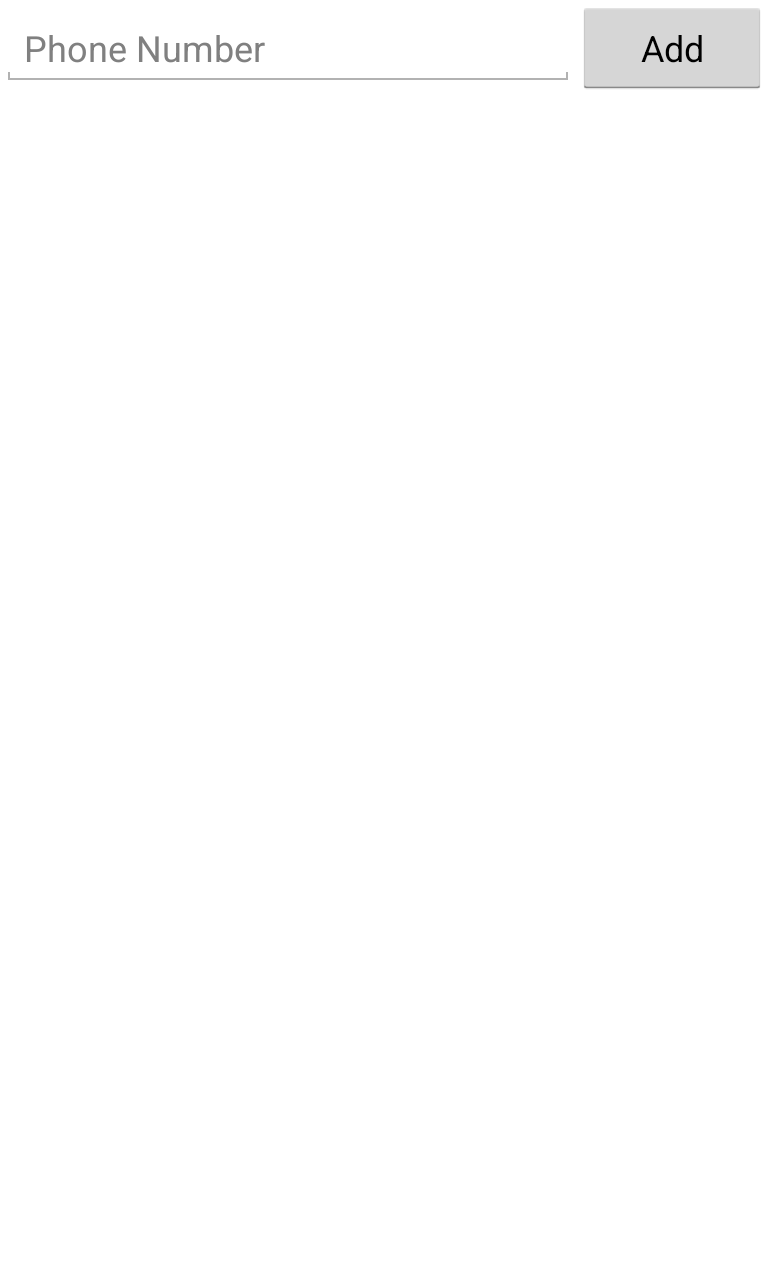
Repository: Liu-D-Henrry/Android
Layout: PhoneBlocker/res/layout/black_list_activity.xml
An editor plug-in stored every save of this project. The layout is shown before and after a run of saves, followed by the edit.
It is drawn on a 768 x 1280 px phone screen (xhdpi) without system bars, with theme AppTheme; the app's code is not run. Lists and similar views that code fills are empty.

Above is the layout before, as saved 2013-09-12 08:09:53.

### PhoneBlocker/res/layout/black_list_activity.xml
<?xml version="1.0" encoding="utf-8"?>
<LinearLayout xmlns:android="http://schemas.android.com/apk/res/android"
    android:layout_width="match_parent"
    android:layout_height="match_parent"
    android:orientation="vertical" >

    <LinearLayout
        android:layout_width="match_parent"
        android:layout_height="wrap_content"
        android:orientation="horizontal">

        <EditText
            android:id="@+id/number"
            android:layout_width="0dp"
            android:layout_height="wrap_content"
            android:layout_weight="3"
            android:inputType="phone"
            android:hint="@string/hintPhoneNumber" />

        <Button
            android:id="@+id/add"
            android:layout_width="0dp"
            android:layout_height="wrap_content"
            android:layout_weight="1"
            android:text="@string/textAdd" />
    </LinearLayout>

    <ListView
        android:id="@+id/blacklist"
        android:layout_width="match_parent"
        android:layout_height="wrap_content" />

</LinearLayout>

### PhoneBlocker/res/values/strings.xml
<?xml version="1.0" encoding="utf-8"?>
<resources>

    <string name="app_name">PhoneBlocker</string>
    <string name="action_settings">Settings</string>
    <string name="hello_world">Hello world!</string>

    <string name="titleStart">Start</string>
    <string name="titleStop">Stop</string>
    <string name="titleBlackList">Black List</string>
    <string name="titleExit">Exit</string>
    <string name="hintPhoneNumber">Phone Number</string>
    <string name="titleContacts">Contacts</string>
    <string name="textAdd">Add</string>
</resources>

Loaded but not shown: PhoneBlocker/res/values/styles.xml (common file); PhoneBlocker/res/values-v11/styles.xml (common file); PhoneBlocker/res/values-v14/styles.xml (common file)

After the next 2 saves:
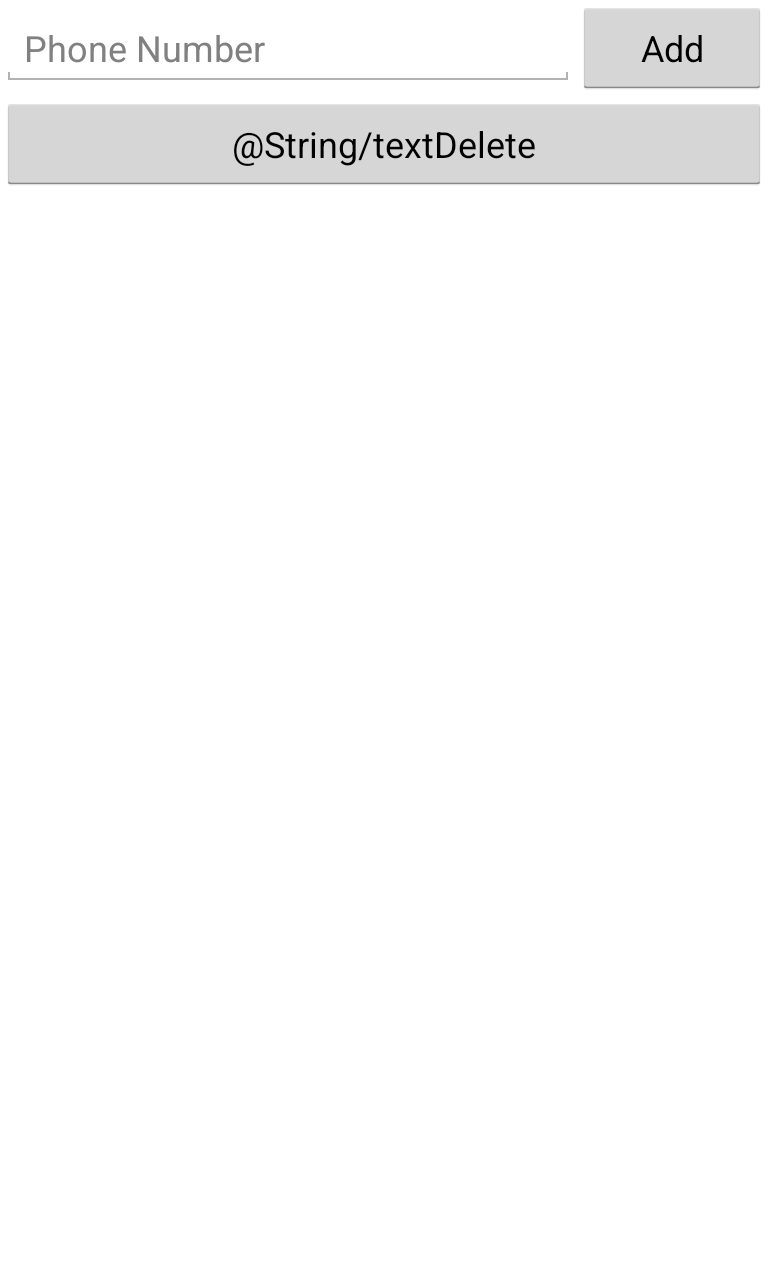
The 2 saves are shown as one change because they came seconds apart.
The last was saved 2 min 42 s later.
--- a/PhoneBlocker/res/layout/black_list_activity.xml
+++ b/PhoneBlocker/res/layout/black_list_activity.xml
@@ -30,4 +30,10 @@
         android:layout_width="match_parent"
         android:layout_height="wrap_content" />
 
+    <Button
+        android:id="@+id/delete"
+        android:layout_width="match_parent"
+        android:layout_height="wrap_content"
+        android:text="@String/textDelete" />
+
 </LinearLayout>
